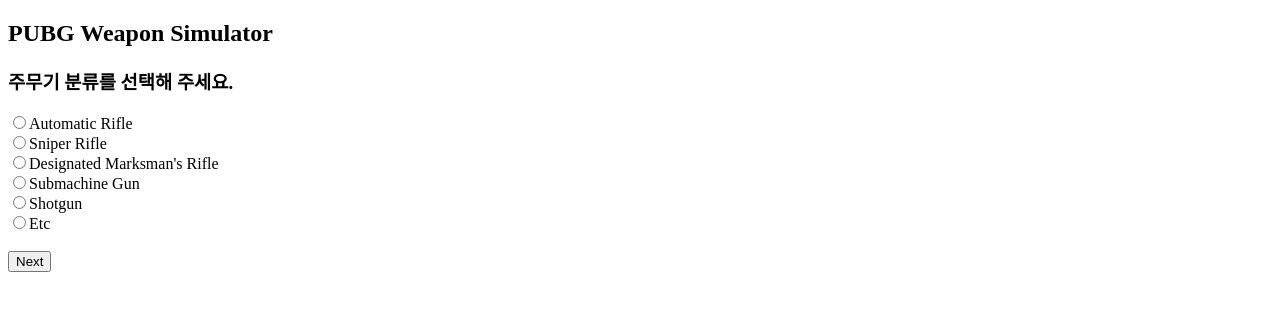
Repository: Tak-kuen/18-2
Page: http://localhost/1501163-report1/1_Start.jsp
An editor plug-in stored every save of this project. The page is shown before and after the next save, followed by the edit.
The browser window is 1280 px wide. The pictures show the whole page.
The page is served by Tomcat 9.

Above is the page before, as saved 2018-09-07 06:45:26.

After the next save:
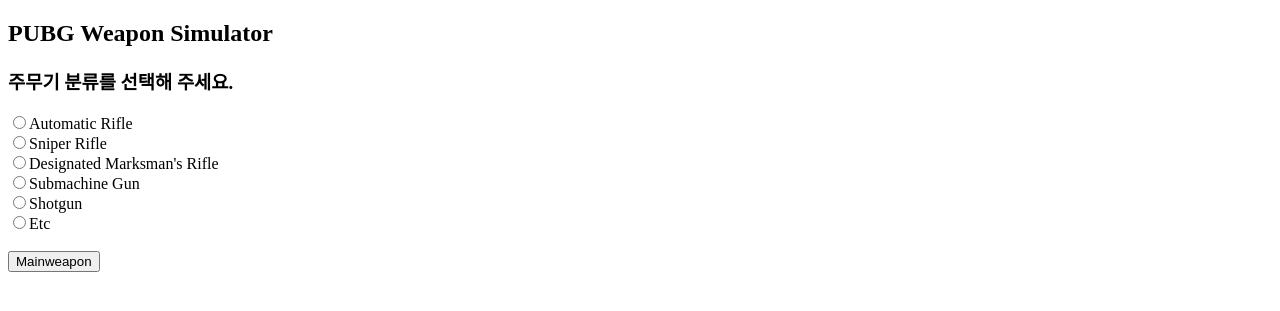
Saved 8 s later.
--- a/code/1501163-report1/WebContent/1_Start.jsp
+++ b/code/1501163-report1/WebContent/1_Start.jsp
@@ -17,7 +17,7 @@
 <input name="category" type="radio" value="sg">Shotgun<br/>
 <input name="category" type="radio" value="etc">Etc<br/>
 <br/>
-<input type="submit" value="Next">
+<input type="submit" value="Mainweapon">
 
 </form>
 </body>

After the save that followed:
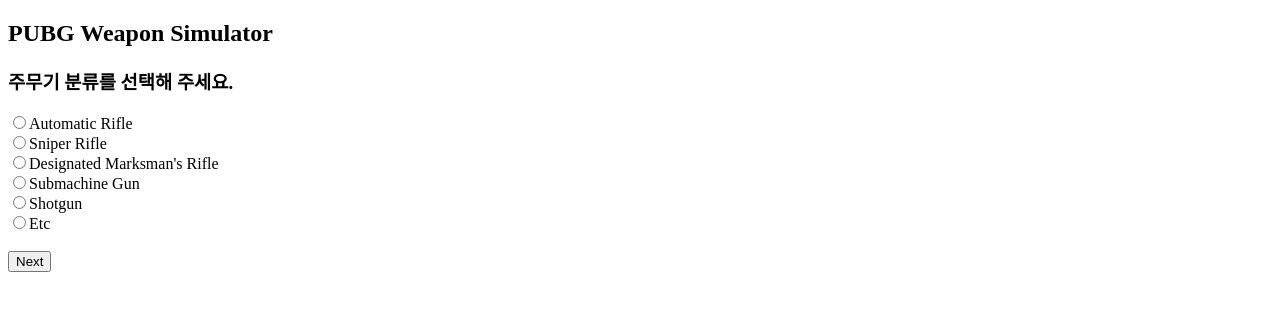
Saved 116 s later.
--- a/code/1501163-report1/WebContent/1_Start.jsp
+++ b/code/1501163-report1/WebContent/1_Start.jsp
@@ -9,7 +9,7 @@
 <body>
 <h2>PUBG Weapon Simulator</h2>
 <h3>주무기 분류를 선택해 주세요.</h3>
-<form action="weaponSelect.jsp" method="get">
+<form action="weaponSelect.jsp" method="post">
 <input name="category" type="radio" value="ar" >Automatic Rifle<br/>
 <input name="category" type="radio" value="sr">Sniper Rifle<br/>
 <input name="category" type="radio" value="dmr">Designated Marksman's Rifle<br/>
@@ -17,7 +17,7 @@
 <input name="category" type="radio" value="sg">Shotgun<br/>
 <input name="category" type="radio" value="etc">Etc<br/>
 <br/>
-<input type="submit" value="Mainweapon">
+<input type="submit" value="Next">
 
 </form>
 </body>
